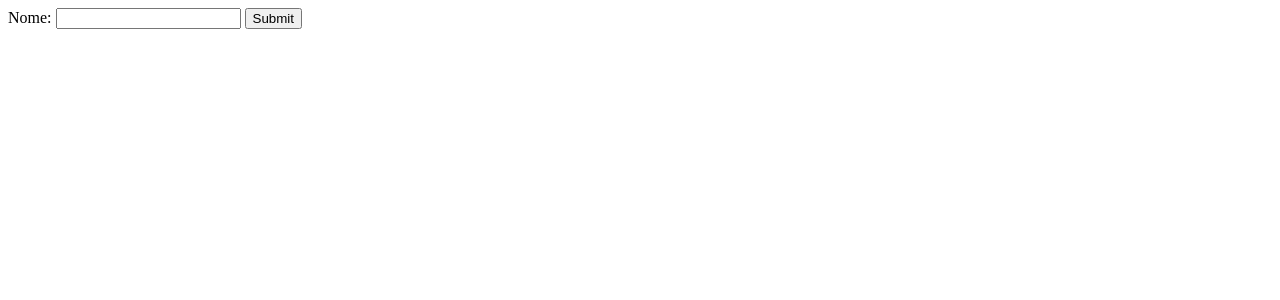
Repository: MathSzoke/JavaWebServlet
Page: http://localhost/gerenciador/formNewEmpresa.jsp
These files come from the project's save history. The page is drawn as it stood at one moment and after the next save; the edit follows.
The browser window is 1280 px wide. The pictures show the whole page.
The page is served by Tomcat 9. Other server files are loaded and not shown.

Above is the page before, as saved 2021-06-17 14:32:01.

### gerenciador/WebContent/formNewEmpresa.jsp
<!DOCTYPE html>
<html>
<head>
<meta charset="ISO-8859-1">
<title>Insert title here</title>
</head>
<body>

	<form action = "/gerenciador/newTest" method = "post">

		Nome: <input type="text" name="nome"/>

		<input type= "submit"/>

	</form>
</body>
</html>

After the next save:
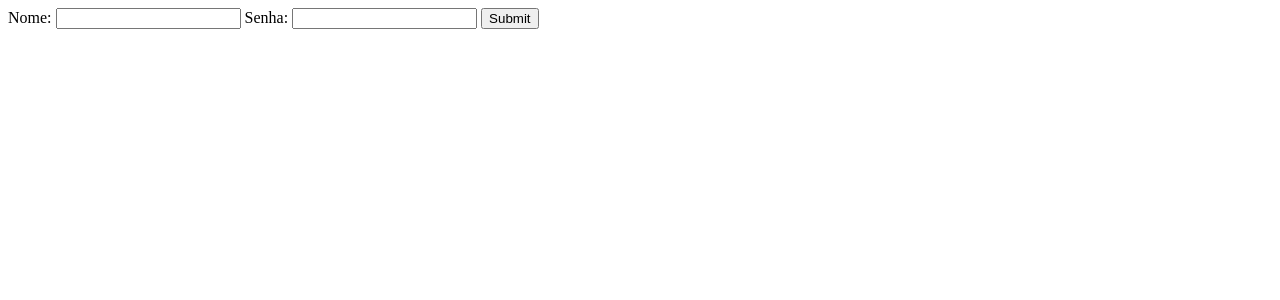
Saved 3 min 29 s later.
--- a/gerenciador/WebContent/formNewEmpresa.jsp
+++ b/gerenciador/WebContent/formNewEmpresa.jsp
@@ -9,6 +9,7 @@
 	<form action = "/gerenciador/newTest" method = "post">
 
 		Nome: <input type="text" name="nome"/>
+		Senha: <input type="password" name="senha"/>
 
 		<input type= "submit"/>
 
